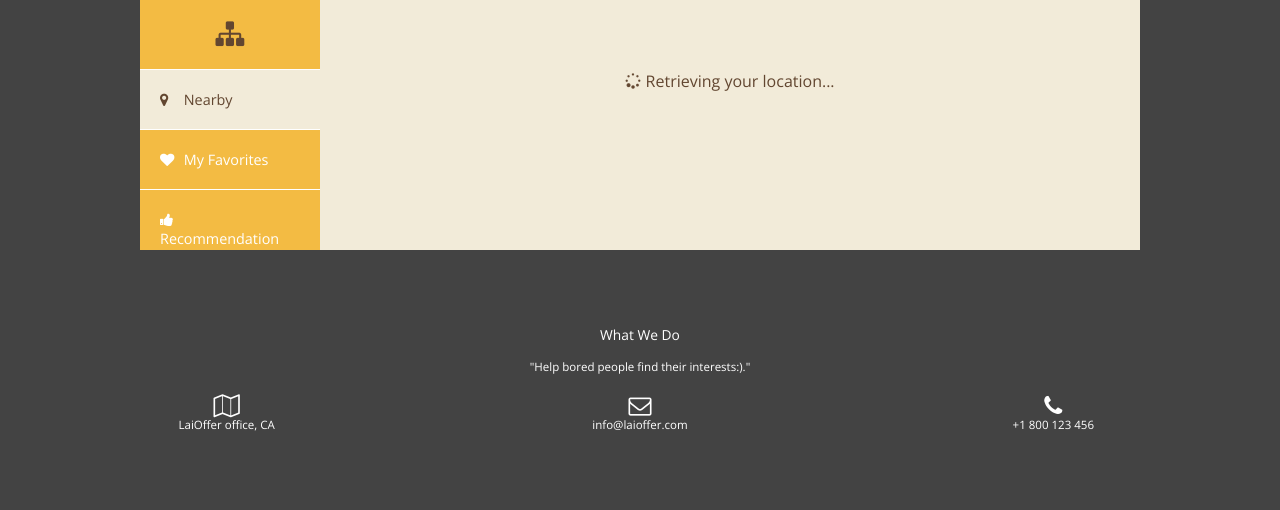
Repository: harryyizihan/fun_finder
Page: Jupiter/WebContent/index.html
An editor plug-in stored every save of this project. The page is shown before and after the next save, followed by the edit.
The browser window is 1280 px wide. The pictures show the part of the page from y = 310 to 820 px (the page is 820 px tall).
Some web libraries are served in a nearby version.

Above is the page before, as saved 2018-07-08 03:10:31.

### Jupiter/WebContent/index.html
<!DOCTYPE html>
<html>
<head>
  <meta charset="UTF-8">
  <meta name="description" content="Item Recommendation">
  <meta name="author" content="Your Name">
  <title>Item Recommendation Final</title>
  <link href='https://fonts.googleapis.com/css?family=Open+Sans:400,300,700' rel='stylesheet' type='text/css'>
  <link rel="stylesheet" href="https://maxcdn.bootstrapcdn.com/font-awesome/4.5.0/css/font-awesome.min.css">
  <link rel="stylesheet" href="styles/main.css">
</head>
<body>
  <header class="top-header">
    <nav class="top-nav">
      <a href="#">Home</a>
      <a href="#">Contact</a>
      <a href="#">About</a>
    </nav>
    <span id="welcome-msg"></span>
    <i id="avatar" class="avatar fa fa-user fa-2x"></i>
  </header>

  <div class="container">
   <header>
      <p>
        <span>Item</span>
        <br /> Recommendation
      </p>
    </header>

    <section class="main-section">
      <aside id="item-nav">
        <div class="nav-icon">
          <i class="fa fa-sitemap fa-2x"></i>
        </div>
        <nav class="main-nav">
          <a href="#" id="nearby-btn" class="main-nav-btn active">
            <i class="fa fa-map-marker"></i> Nearby
          </a>
          <a href="#" id="fav-btn" class="main-nav-btn">
            <i class="fa fa-heart"></i> My Favorites
          </a>
          <a href="#" id="recommend-btn" class="main-nav-btn">
            <i class="fa fa-thumbs-up"></i> Recommendation
          </a>
        </nav>
      </aside>

      <ul id="item-list">
        <li class="item">
          <img alt="item image" src="https://s3-media3.fl.yelpcdn.com/bphoto/EmBj4qlyQaGd9Q4oXEhEeQ/ms.jpg" />
          <div>
            <a class="item-name" href="#">Item</a>
            <p class="item-category">Vegetarian</p>
            <div class="stars">
              <i class="fa fa-star"></i>
              <i class="fa fa-star"></i>
              <i class="fa fa-star"></i>
            </div>
          </div>
          <p class="item-address">699 Calderon Ave<br/>Mountain View<br/> CA</p>
          <div class="fav-link">
            <i class="fa fa-heart"></i>
          </div>
        </li>
      </ul>
    </section>
  </div>

 <footer>
    <p class="title">What We Do</p>
    <p>"Help bored people find their interests:)."</p>
    <ul>
      <li>
        <p><i class="fa fa-map-o fa-2x"></i></p>
        <p>LaiOffer office, CA</p>
      </li>
      <li>
        <p><i class="fa fa-envelope-o fa-2x"></i></p>
        <p>info@laioffer.com</p>
      </li>
      <li>
        <p><i class="fa fa-phone fa-2x"></i></p>
        <p>+1 800 123 456</p>
      </li>
    </ul>
  </footer>

  <script src="https://rawgit.com/emn178/js-md5/master/build/md5.min.js"></script>
  <script src="scripts/main.js"></script>
</body>
</html>

### Jupiter/WebContent/styles/main.css
/* step1: init */
* {
	box-sizing: border-box;
	margin: 0;
	padding: 0;
}

body {
	background: #434343;
	color: #FFFFFF;
	font-family: 'Open Sans', sans-serif;
	font-weight: 300;
	font-size: 0.9em;
}

ul {
	list-style: none;
}

/*  step2: top header */

/* 2.1 header */
.top-header {
	align-items: center;
	background: #DF574B;
	box-shadow: 0px 2px 10px #333333;
	display: flex;
	height: 60px;
	position: fixed;
	top: 0;
	width: 100%;
	z-index: 1;
}

.avatar {
	background: #FFFFFF;
	border-radius: 50%;
	color: #333C4D;
	height: 40px;
	margin-right: 20px;
	padding-left: 9px;
	padding-top: 5px;
	width: 40px;
}

/* 2.2 top navigation */
.top-nav {
	flex: 1;
}

.top-nav a {
	color: #F9F9F9;
	font-weight: 400;
	margin-left: 20px;
	text-decoration: none;
}

/* step3: main container */
.container {
	margin: 60px auto;
	max-width: 1000px;
	min-width: 600px;
}

/* 3.1 main header */
.container>header {
	align-items: center;
	background:
		url('http://prophoto.com.cy/wp-content/galleries/food/food-restaurant-photographer-cyprus-10.jpg')
		no-repeat 50% 50%;
	background-size: 100%;
	display: flex;
	height: 250px;
}

.container>header p {
	border-left: 1px solid #FFFFFF;
	font-weight: 400;
	font-size: 2em;
	line-height: 1em;
	margin-left: 220px;
	padding-left: 5px;
}


.container>header span {
	color: #FBAF41;
}


/* 3.2 main section */
.main-section {
	background: #F3BB43;
}

/* 3.2.1 aside */
#item-nav {
	float: left;
	width: 180px;
}
.nav-icon {
	color: #624630;
	padding: 20px;
	text-align: center;
}

/* 3.2.2 main navigation */
.main-nav-btn {
	background: none;
	border-top: 1px solid #FFFFFF;
	color: #FFFFFF;
	display: block;
	padding: 20px;
	text-align: left;
	text-decoration: none;
}

.main-nav-btn:hover {
	background: rgba(255, 255, 255, 0.8);
	color: #624630;
}

.main-nav-btn.active {
	background: #F2EBD9;
	color: #624630;
}

.main-nav-btn i {
	width: 20px;
}

/* 3.3 item list */
#item-list {
	background: #F2EBD9;
	color: #624630;
	list-style: none;
	margin-left: 180px;
	min-height: 250px;
	padding: 10px;
}

#item-list .notice {
	font-size: 16px;
	padding: 60px;
	text-align: center;
}

/**
 * item
 */
.item {
	align-items: center;
	border-bottom: 1px solid #FFFFFF;
	display: flex;
	margin: 10px;
	padding: 15px;
	transition: background-color 100ms linear;
}

.item:last-child {
	border: none;
}

.item:hover {
	background: rgba(255, 255, 255, 0.8);
	transition: background-color 100ms linear;
}

.item img {
	border: 1px solid #FFFFFF;
	height: 80px;
	width: 80px;
}

.item>div:first-of-type {
	flex: 1;
	margin-left: 10px;
	margin-right: 10px;
}

.item-name {
	color: #624630;
	font-weight: 400;
	text-decoration: none;
}

.item-name:hover {
	text-decoration: underline;
}

.item-address {
	line-height: 20px;
	padding-right: 20px;
	text-align: right;
}

.stars {
	align-items: center;
	display: flex;
	padding-top: 10px;
}

.fav-link {
	border-left: 1px solid #FFFFFF;
	cursor: pointer;
	line-height: 60px;
	text-align: center;
	width: 60px;
}

.fav-link:hover {
	color: #F13F3F;
}

/* step4: footer section */
footer {
	background: #434343;
	font-size: 0.8em;
	height: 200px;
	position: relative;
}

footer p {
	text-align: center;
}

footer p.title {
	font-size: 1.2em;
	padding: 15px;
}

footer ul {
	align-items: center;
	display: flex;
	padding: 20px;
}

footer ul li {
	flex: 1;
}

Loaded but not shown: Jupiter/WebContent/scripts/main.js (common file)

After the next save:
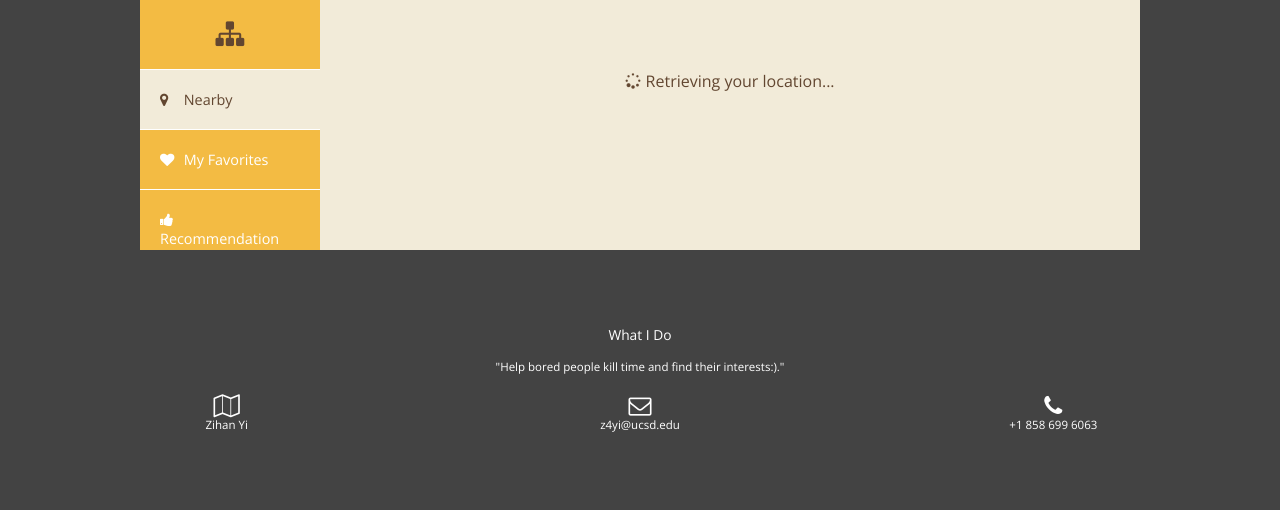
Saved 2 min 21 s later.
--- a/Jupiter/WebContent/index.html
+++ b/Jupiter/WebContent/index.html
@@ -68,20 +68,20 @@
   </div>
 
  <footer>
-    <p class="title">What We Do</p>
-    <p>"Help bored people find their interests:)."</p>
+    <p class="title">What I Do</p>
+    <p>"Help bored people kill time and find their interests:)."</p>
     <ul>
       <li>
         <p><i class="fa fa-map-o fa-2x"></i></p>
-        <p>LaiOffer office, CA</p>
+        <p>Zihan Yi</p>
       </li>
       <li>
         <p><i class="fa fa-envelope-o fa-2x"></i></p>
-        <p>info@laioffer.com</p>
+        <p>z4yi@ucsd.edu</p>
       </li>
       <li>
         <p><i class="fa fa-phone fa-2x"></i></p>
-        <p>+1 800 123 456</p>
+        <p>+1 858 699 6063</p>
       </li>
     </ul>
   </footer>
